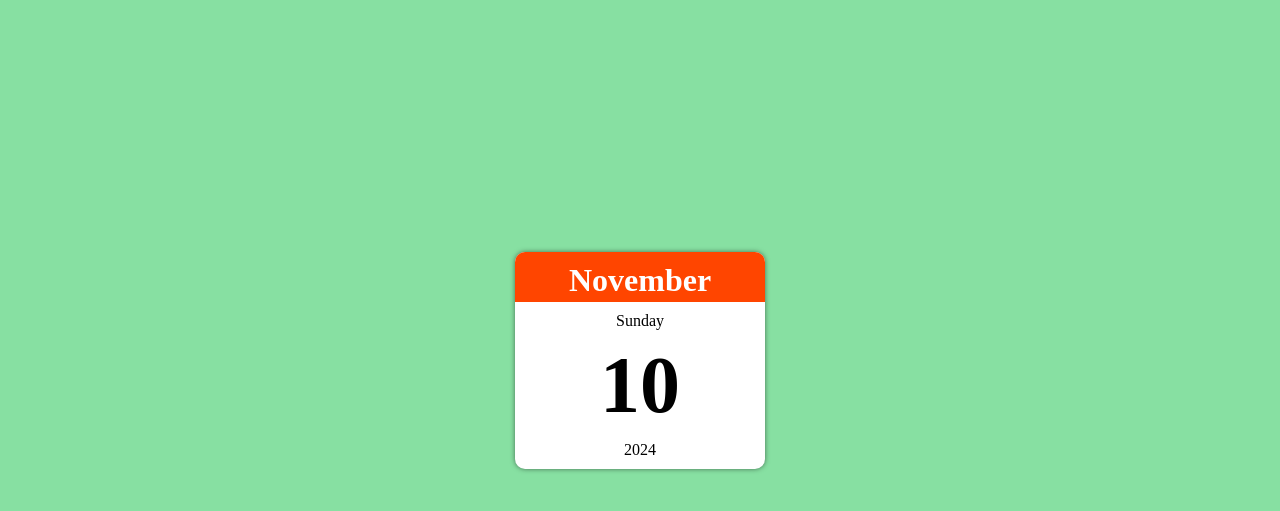
Repository: JunaidAnsari202/Mini-Calender
Page: index.html
An editor plug-in stored every save of this project. The page is shown before and after the next save, followed by the edit.
The browser window is 1280 px wide. The pictures show the whole page.

Above is the page before, as saved 2024-11-10 12:04:34.

After the next save:
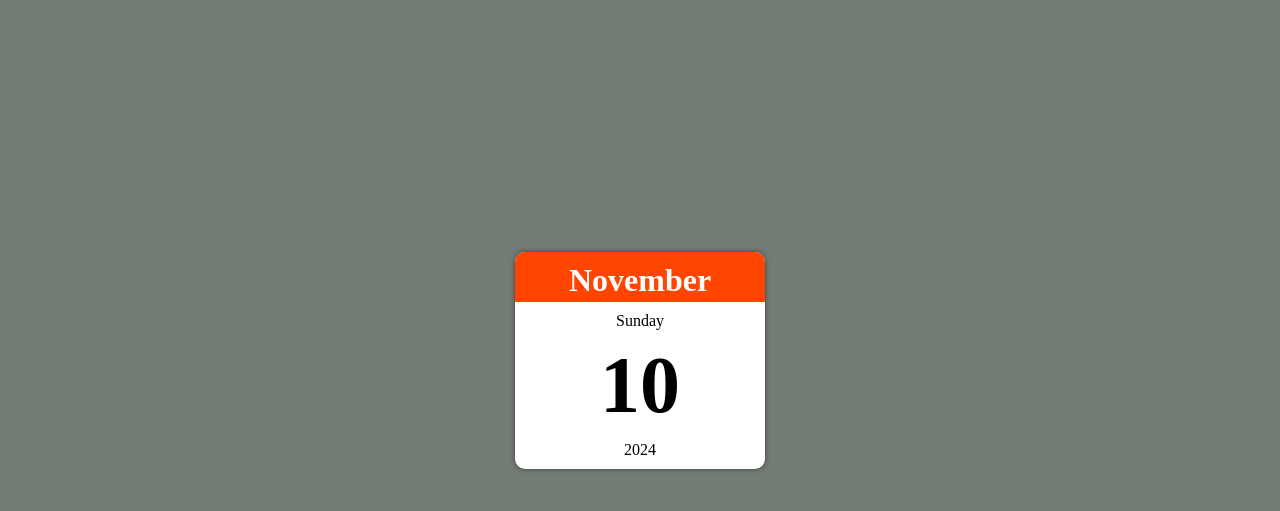
Saved 9 s later.
--- a/style.css
+++ b/style.css
@@ -5,7 +5,7 @@
 }
 
 body{
-    background-color: rgb(135, 224, 162);
+    background-color: rgb(114, 124, 117);
     display: flex;
     justify-content: center;
     align-items: center;
